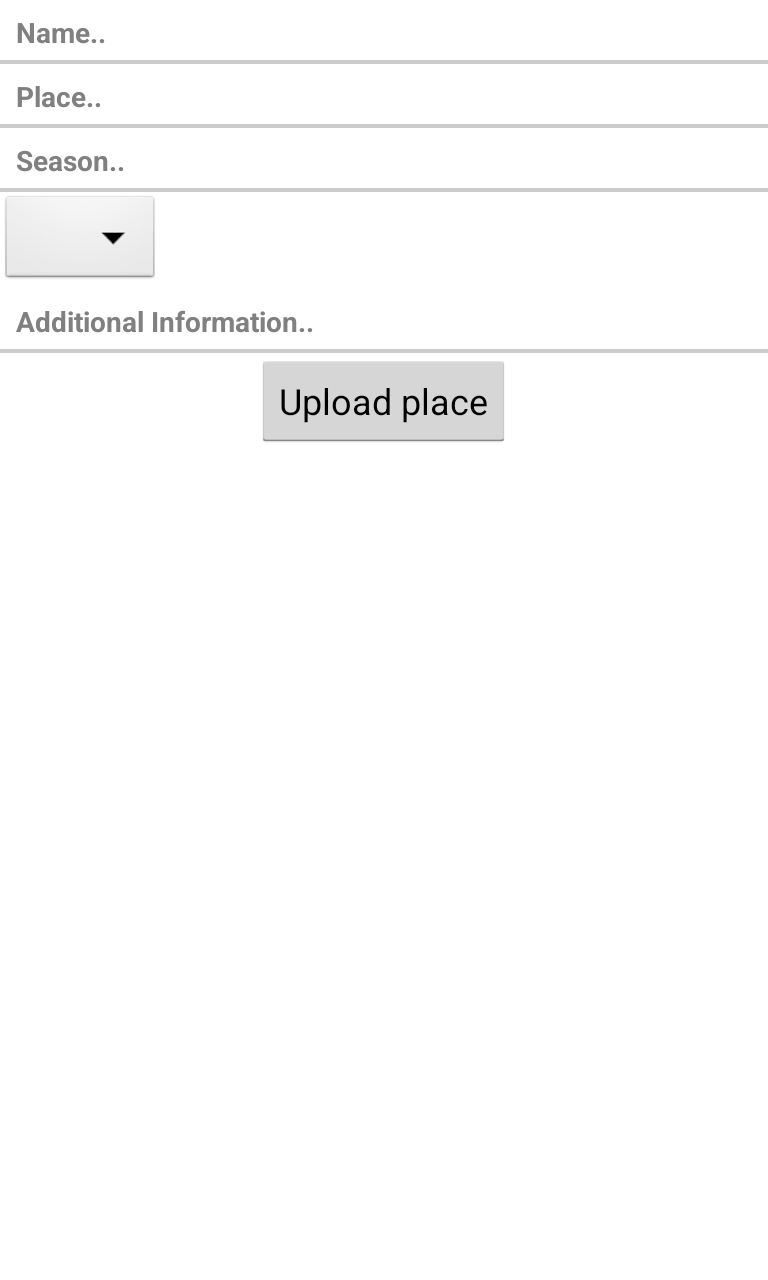
Repository: sandeshshetty/TravelZeus
Layout: TravelZeus/res/layout/fragment_insert_info.xml
An editor plug-in stored every save of this project. The layout is shown before and after the next save, followed by the edit.
It is drawn on a 768 x 1280 px phone screen (xhdpi) without system bars, with theme AppTheme; the app's code is not run.

Above is the layout before, as saved 2015-05-16 18:24:37.

After the next save:
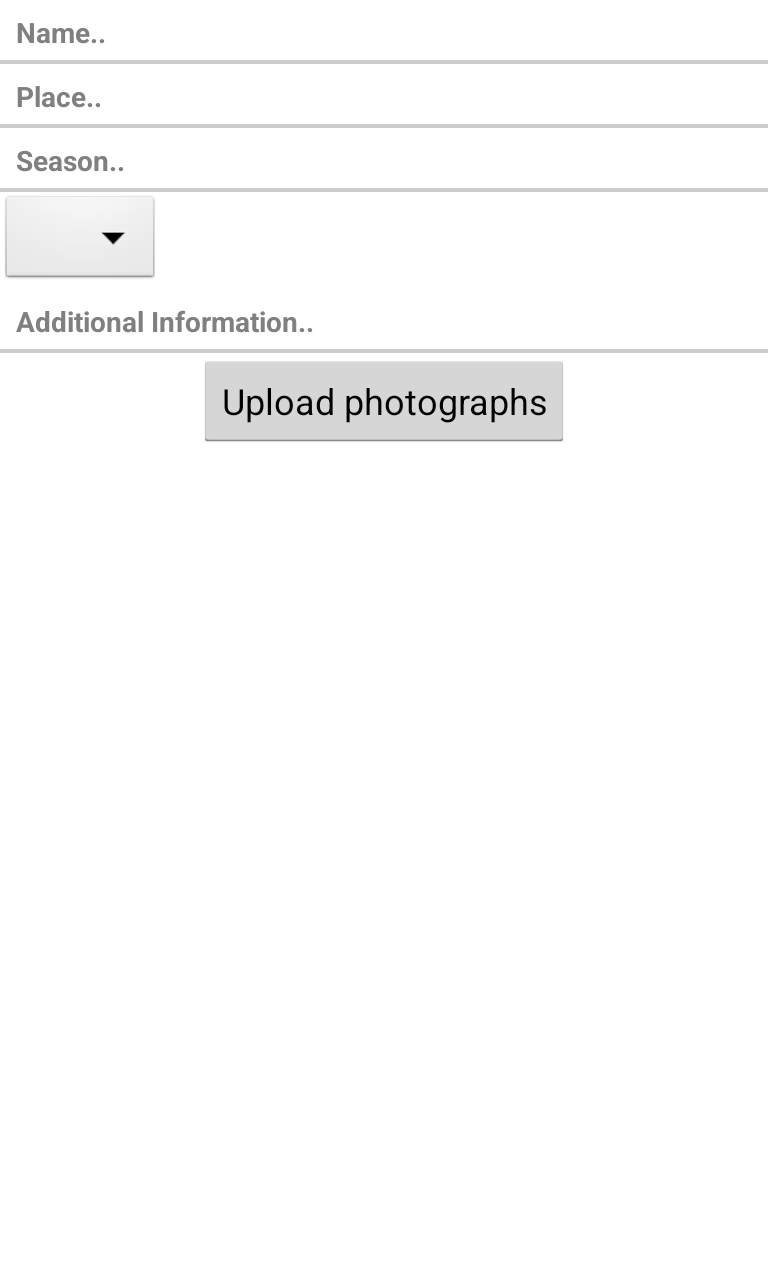
Saved 31 s later.
--- a/TravelZeus/res/layout/fragment_insert_info.xml
+++ b/TravelZeus/res/layout/fragment_insert_info.xml
@@ -45,6 +45,6 @@
         android:layout_width="wrap_content"
         android:layout_height="wrap_content"
        	android:layout_gravity="center_horizontal"
-       	android:text="Upload place" />
+       	android:text="Upload photographs" />
 
 </LinearLayout>
